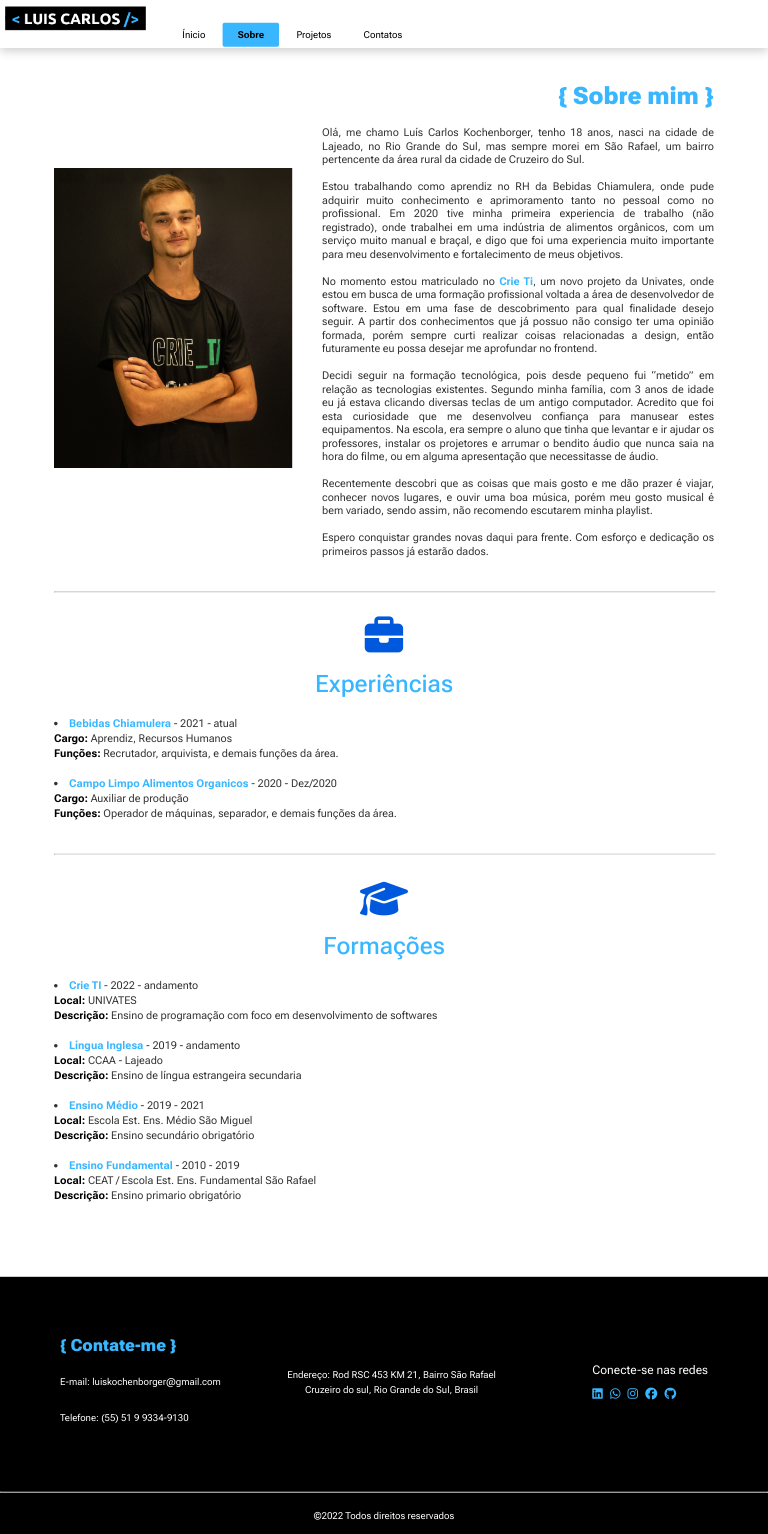
Repository: Iluiscarlos/SitePortifolio
Page: about.html
An editor plug-in stored every save of this project. The page is shown before and after the next save, followed by the edit.
The browser window is 1280 px wide. The pictures show the whole page, at 60% of full size.
Some web libraries are served in a nearby version.

Above is the page before, as saved 2022-05-25 17:04:41.

After the next save:
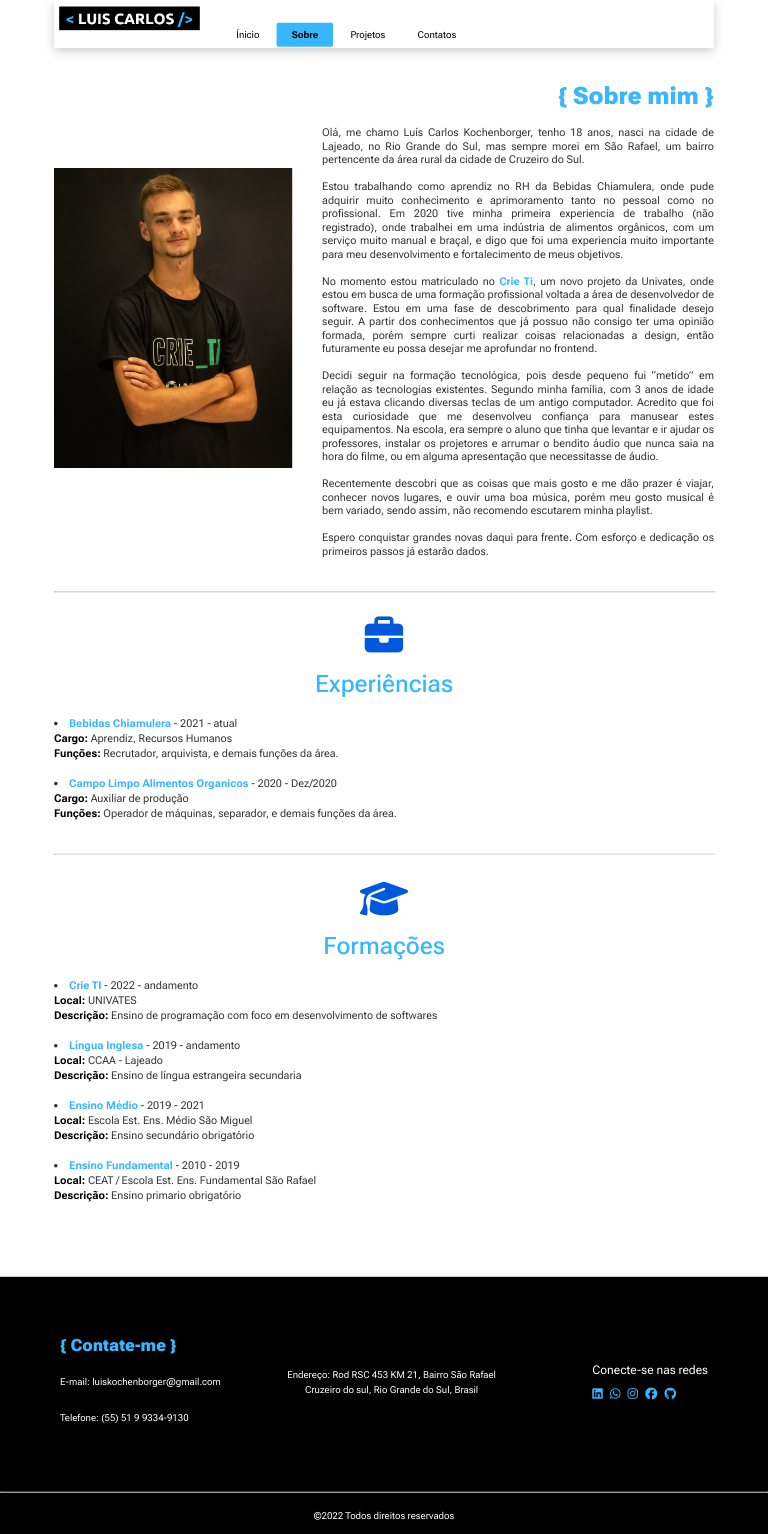
Saved 7 s later.
--- a/about.html
+++ b/about.html
@@ -22,7 +22,7 @@
 </head>
 
 <body>
-    <header class="header">
+    <header class="header container">
         <img src="icons/logo.png" class="header__logo">
         <nav class="menu__item">
             <a href="index.html" class="menu__item">Ínicio</a>
